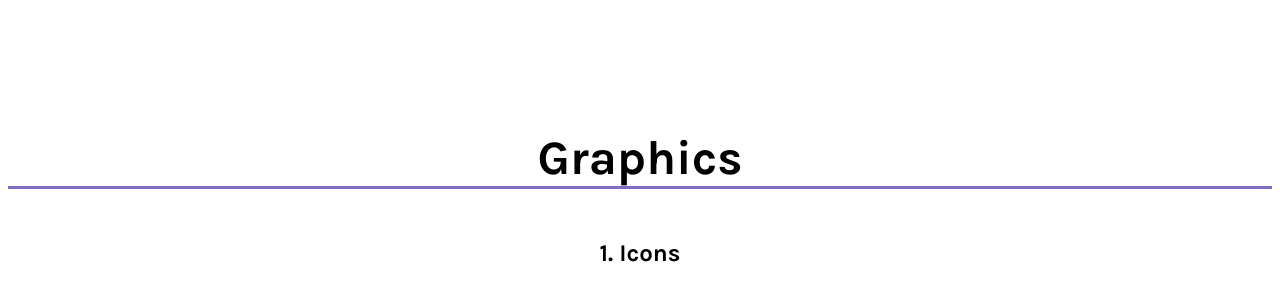
Repository: sarahjx/MDIA2106
Page: html/graphics.html
The author's editor kept a copy of each file at every save. The page is drawn from the files as they stood at one save, then again after the next save.
The browser window is 1280 px wide. The pictures show the whole page.
Some web fonts or font styles are not loaded; a fallback is used.

Above is the page before, as saved 2025-04-04 15:44:58.

### html/graphics.html
<!DOCTYPE html>
<html lang="en">
<head>
    <meta charset="UTF-8">
    <meta name="viewport" content="width=device-width, initial-scale=1.0">
    <link href="https://fonts.googleapis.com/css2?family=Karla:ital,wght@0,200..800;1,200..800&family=Niconne&display=swap" rel="stylesheet">
    <link rel="stylesheet" href="../styles/styles.css">
    <title>Graphics</title>
</head>
<body>
    <h1 class="graphics-header">Graphics</h1>
    <h2 class="icon-subheader">1. Icons</h2>
    <p class="graphics-paragraph"></p>
</body>
</html>

### styles/styles.css
:root {
    --font-primary: 'Karla', sans-serif;

    --color-primary: #816CC5;
    --color-secondary: #CFADFF;
    --color-neutral: #C6C6C6;
    --color-light: #ffffff;

    --spacing-xs: 4px;
    --spacing-sm: 8px;
    --spacing-md: 16px;
    --spacing-lg: 32px;
    --spacing-xl: 64px;

    --font-size-xs: 0.75rem;   /* 12px */
    --font-size-sm: 0.875rem;  /* 14px */
    --font-size-base: 1rem;    /* 16px */
    --font-size-md: 1.125rem;  /* 18px */
    --font-size-lg: 1.5rem;    /* 24px */
    --font-size-xl: 2rem;      /* 32px */
    --font-size-xxl: 3rem;     /* 48px */
}



/* Header Styles */










/* Home Styles */









/* Logo Page Styles*/









/* Colour Page Styles */










/* Typography Page Styles */










/* Graphics Page Styles */
.graphics-header {
    margin-top: 130px;
    border-bottom: 3px solid rgb(129, 108, 197);
    font-size: var(--font-size-xxl, 3rem);
    font-family: karla;
    text-align: center;
}

.icon-subheader {
    text-align: center;
    margin-top: 50px;
    font-family: karla;
    font-size: var(--font-size-lg, 1.5rem);
}







/* References Page Styles */
.references-header {
    margin-top: 130px;
    border-bottom: 3px solid rgb(129, 108, 197);
    font-size: var(--font-size-xxl, 3rem);
    font-family: karla;
    text-align: center;
}

.references-content {
    text-align: center;
}

.references-list {
    display: inline-block;
    font-family: karla;
    font-size: var(--font-size-xl, 2.0rem);
    text-align: left;
    margin-top: 60px;
}








/* Footer Styles */

After the next save:
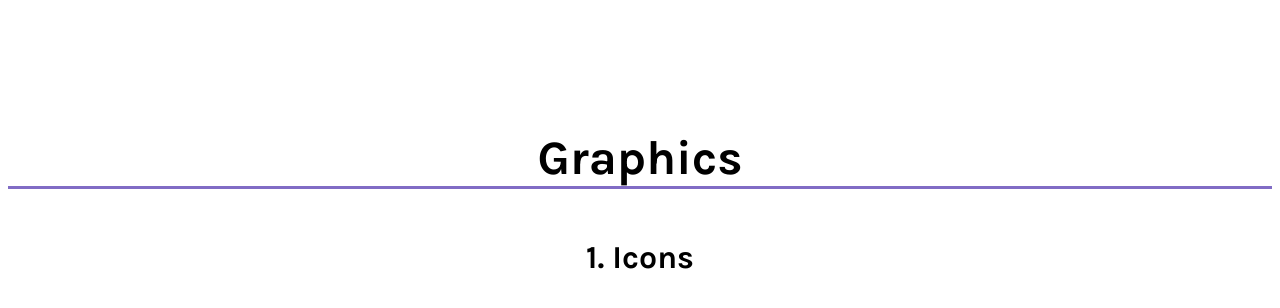
Saved 19 s later.
--- a/styles/styles.css
+++ b/styles/styles.css
@@ -89,7 +89,7 @@
     text-align: center;
     margin-top: 50px;
     font-family: karla;
-    font-size: var(--font-size-lg, 1.5rem);
+    font-size: var(--font-size-xl, 2.0rem);
 }
 
 
